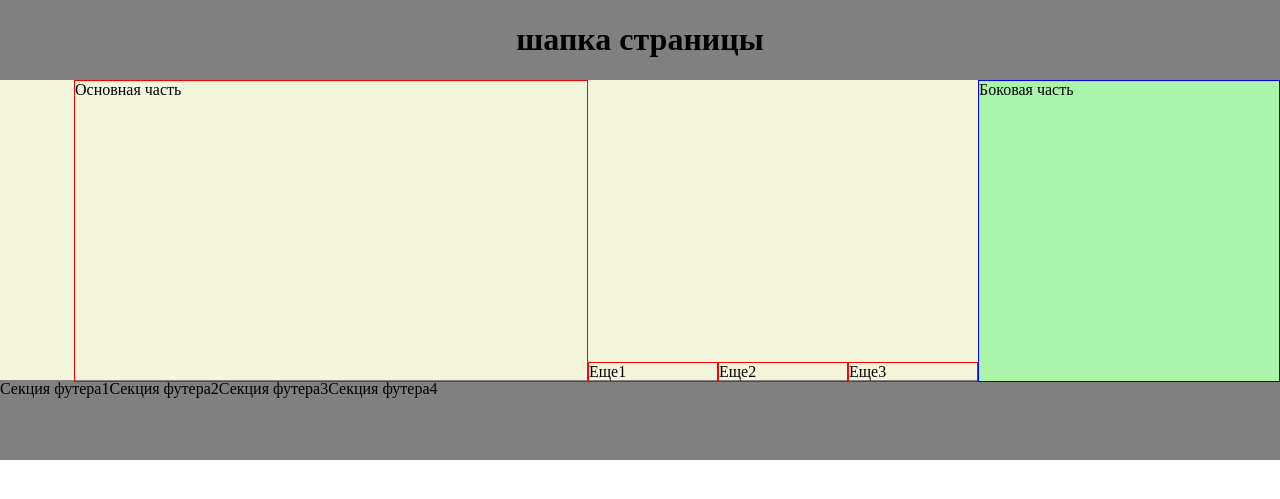
Repository: IrinaGetmanenko/week5
Page: week5/index.html
An editor plug-in stored every save of this project. The page is shown before and after the next save, followed by the edit.
The browser window is 1280 px wide. The pictures show the whole page.

Above is the page before, as saved 2022-08-28 13:49:44.

### week5/index.html
<!DOCTYPE html>
<html lang="en">
<head>
    <meta charset="UTF-8">
    <meta http-equiv="X-UA-Compatible" content="IE=edge">
    <meta name="viewport" content="width=device-width, initial-scale=1.0">
    <link rel="stylesheet" href="normalize.css">
    <title>Document</title>
    <style>
        .h1{
           display: flex;
           justify-content: center;
           height: 80px;
           background-color: gray;
        }

        .container1{
            display: flex;
            flex-wrap: wrap;
            height: 300px;
            background-color: beige;
            justify-content: flex-end;


        }
        .main{
            border: 1px solid red;
            width: 40%;
        }
        .main1{
           width: 10%;
           border: 1px solid red;
           align-self: flex-end;

        }

        .main2{
            width: 10%;
            border: 1px solid red;
            align-self: flex-end;



}
       .main3{
        width: 10%;
        border: 1px solid red;
        align-self: flex-end;

}

.aside{
    border: 1px solid blue;
    width: 300px;
    height: 300px;
    background-color: rgb(170, 245, 170);
}
.footer{
display: flex;
height: 80px;
background-color: gray;
}


    </style>
</head>
<body>
    <header>
        <div class="h1">
            <h1>шапка страницы</h1>
    </header>

    <main>
        <div class="container1">
            <div class="main">Основная часть</div>

        <div class="main1">Еще1</div>

        <div class="main2">Еще2</div>


        <div class="main3">Еще3</div>

        <div class="aside">Боковая часть</div>


    </div>

    </main>

     <div class="footer">
        <div>Секция футера1</div>
        <div>Секция футера2</div>
        <div>Секция футера3</div>
        <div>Секция футера4</div>
    </div>


</body>
</html>

Loaded but not shown: week5/normalize.css (library)

After the next save:
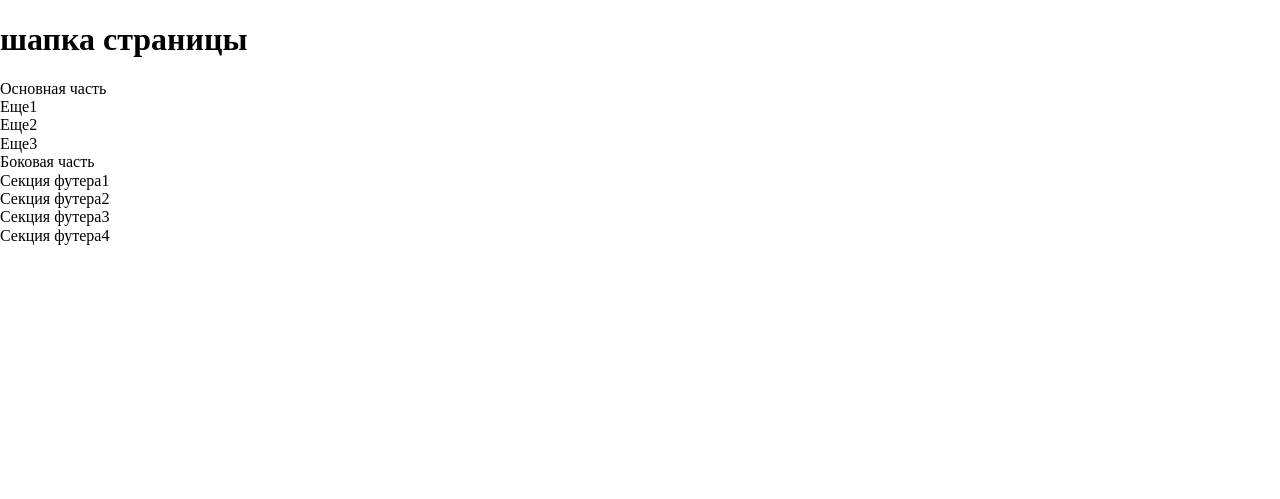
Saved 2 h 10 min later.
--- a/week5/index.html
+++ b/week5/index.html
@@ -7,59 +7,6 @@
     <link rel="stylesheet" href="normalize.css">
     <title>Document</title>
     <style>
-        .h1{
-           display: flex;
-           justify-content: center;
-           height: 80px;
-           background-color: gray;
-        }
-
-        .container1{
-            display: flex;
-            flex-wrap: wrap;
-            height: 300px;
-            background-color: beige;
-            justify-content: flex-end;
-
-
-        }
-        .main{
-            border: 1px solid red;
-            width: 40%;
-        }
-        .main1{
-           width: 10%;
-           border: 1px solid red;
-           align-self: flex-end;
-
-        }
-
-        .main2{
-            width: 10%;
-            border: 1px solid red;
-            align-self: flex-end;
-
-
-
-}
-       .main3{
-        width: 10%;
-        border: 1px solid red;
-        align-self: flex-end;
-
-}
-
-.aside{
-    border: 1px solid blue;
-    width: 300px;
-    height: 300px;
-    background-color: rgb(170, 245, 170);
-}
-.footer{
-display: flex;
-height: 80px;
-background-color: gray;
-}
 
 
     </style>
